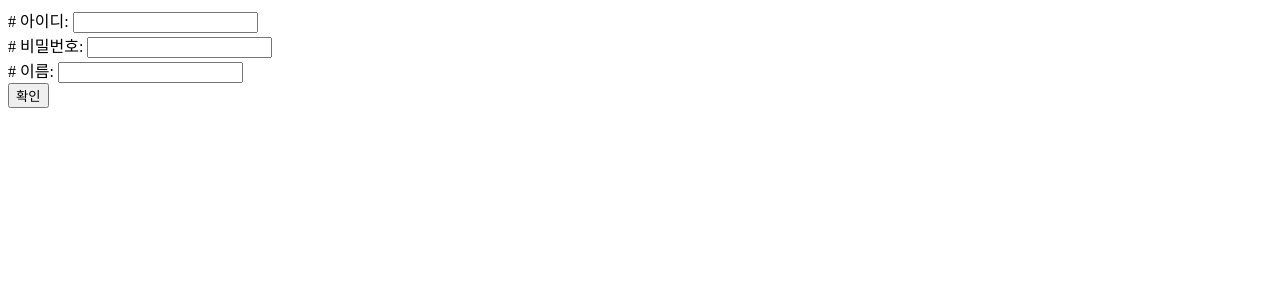
Repository: choipasak/jsp_practice
Page: http://localhost/JspBasic/servlet/response_form.jsp
These files come from the project's save history. The page is drawn as it stood at one moment and after the next save; the edit follows.
The browser window is 1280 px wide. The pictures show the whole page.
The page is served by Tomcat 9. Other server files are loaded and not shown.

Above is the page before, as saved 2023-09-11 03:53:57.

### JspBasic/src/main/webapp/servlet/response_form.jsp
<%@ page language="java" contentType="text/html; charset=UTF-8"
    pageEncoding="UTF-8"%>
<!DOCTYPE html>
<html>
<head>
<meta charset="UTF-8">
<title>Insert title here</title>
</head>
<body>
	<form action="/JspBasic/resp" method="post">
		# 아이디: <input type="text" name="account"> <br>
		# 비밀번호: <input type="password" name="password"> <br>
		# 이름: <input type="text" name="name"> <br>
		<input type="submit" value="확인">
	</form>

</body>
</html>

After the next save:
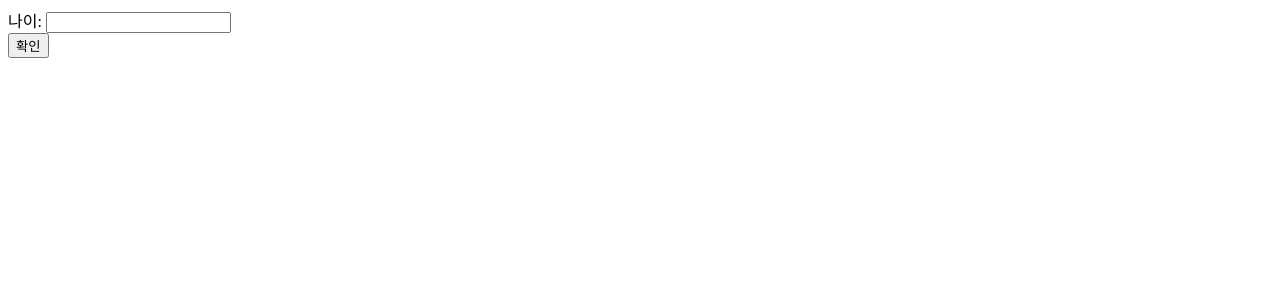
Saved 59 s later.
--- a/JspBasic/src/main/webapp/servlet/response_form.jsp
+++ b/JspBasic/src/main/webapp/servlet/response_form.jsp
@@ -7,10 +7,8 @@
 <title>Insert title here</title>
 </head>
 <body>
-	<form action="/JspBasic/resp" method="post">
-		# 아이디: <input type="text" name="account"> <br>
-		# 비밀번호: <input type="password" name="password"> <br>
-		# 이름: <input type="text" name="name"> <br>
+	<form action="/JspBasic/resp">
+		나이: <input type="text" name="age" maxlength="2"> <br>
 		<input type="submit" value="확인">
 	</form>
 
